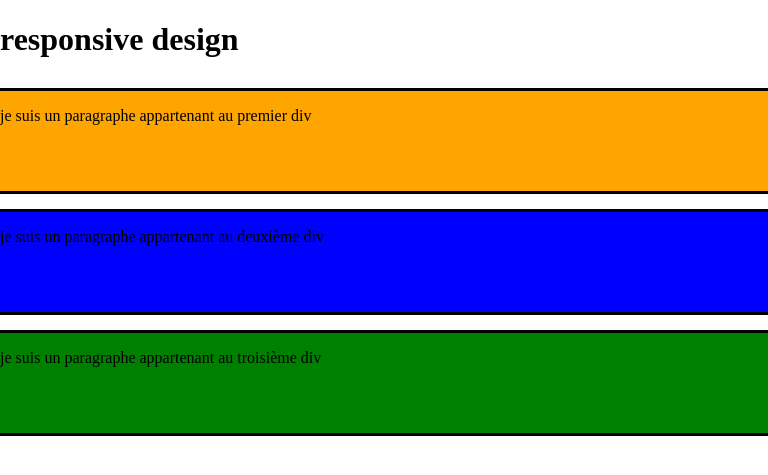
Repository: serviceshuios/Git-Aix-Web
Page: responsive-design/WebContent/index.html
The author's editor kept a copy of each file at every save. The page is drawn from the files as they stood at one save, then again after the next save.
The browser window is 768 px wide. The pictures show the whole page.

Above is the page before, as saved 2018-10-26 09:01:07.

### responsive-design/WebContent/index.html
<!DOCTYPE html>
<html>
	<head>
		<meta charset="utf-8"/>
		<title>RESPONSIVE DESIGN</title>
		<meta name="viewport" content="width=device-width, initial-scale=1.0"/>
		<link rel="stylesheet" href="css/style.css"/>
	</head>
	<body>
		<h1>responsive design</h1>
		<div class="div1">
			<p>je suis un paragraphe appartenant au premier div</p>
		</div>
		<div class="div2">
			<p>je suis un paragraphe appartenant au deuxième div</p>
		</div>
		<div class="div3">
			<p>je suis un paragraphe appartenant au troisième div</p>
		</div>
		<div class="footer">
			<p>je suis un pied de page</p>
		</div>
		<script src="js/script.js"></script>
	</body>
</html>

### responsive-design/WebContent/css/style.css
@charset "utf-8";
body {
	margin:0px;
	padding:0px;
}
.div1, .div2, .div3{
	display: inline-block;
	width: 30%;
	height:100px;
	border: 3px solid black;
	margin: 1%;
}

.div1{
	background-color: orange;
}

.div2{
	background-color: blue;
}

.div3{
	background-color: green;
}
.footer {
	width: 100%;
	text-align: center;
	border: 1px solid black;
	margin-top: 20px;
	background-color: gray;
}

@media screen and (max-width: 780px){
	.div1, .div2, .div3 {
		width: 100%;
		border-left: none;
		border-right: none;
		margin-left: 0px;
		margin-right: 0px;
	}
	.footer {
		display:none;
	}
}

Loaded but not shown: responsive-design/WebContent/js/script.js (no stored copy; drawn as an empty file)

After the next save:
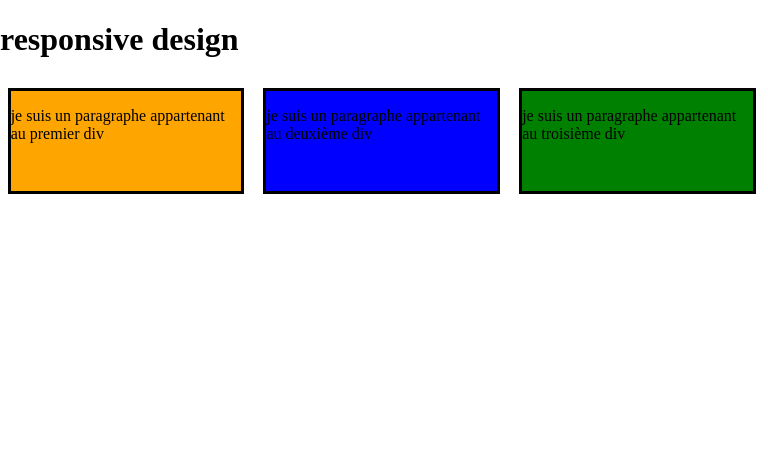
Saved 2 min 29 s later.
--- a/responsive-design/WebContent/css/style.css
+++ b/responsive-design/WebContent/css/style.css
@@ -1,4 +1,18 @@
 @charset "utf-8";
+
+@media screen and (max-width: 780px){
+	.div1, .div2, .div3 {
+		width: 100%;
+		border-left: none;
+		border-right: none;
+		margin-left: 0px;
+		margin-right: 0px;
+	}
+	.footer {
+		display:none;
+	}
+}
+
 body {
 	margin:0px;
 	padding:0px;
@@ -29,16 +43,3 @@ body {
 	margin-top: 20px;
 	background-color: gray;
 }
-
-@media screen and (max-width: 780px){
-	.div1, .div2, .div3 {
-		width: 100%;
-		border-left: none;
-		border-right: none;
-		margin-left: 0px;
-		margin-right: 0px;
-	}
-	.footer {
-		display:none;
-	}
-}
